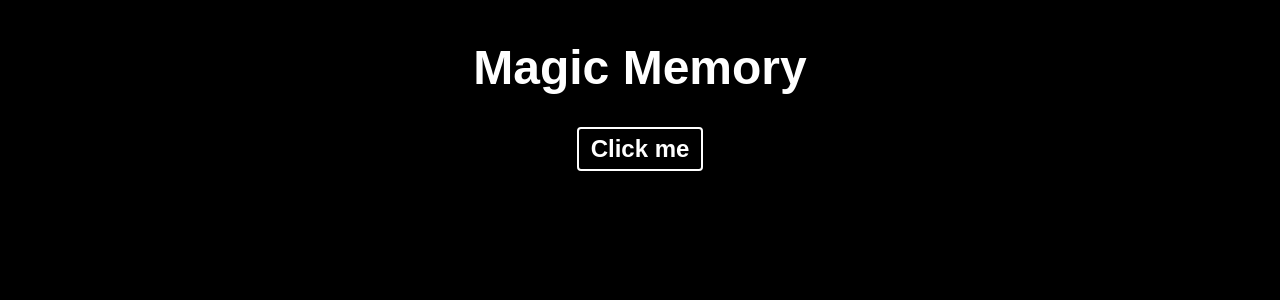
Repository: thai-shriya/memory-game
Page: /
An editor plug-in stored every save of this project. The page is shown before and after the next save, followed by the edit.
The browser window is 1280 px wide. The pictures show the whole page.
The project was rebuilt for these pictures with package versions that can differ from the ones it lists, and the page was loaded fresh each time.

Above is the page before, as saved 2024-10-17 16:18:50.

### src/index.css
body {
  margin: 0;
  font-family: sans-serif;
  font-size: 1.5em;
  text-align: center;
  background-color: black;
  color: #fff;
}

### src/App.js
import './App.css';

function App() {
  return (
    <div className="App">
      <h1>Magic Memory</h1>
      <button> Click me </button>
    </div>
  );
}

export default App;

### src/App.css
.App {
  max-width: 860px;
  margin: 40px auto;
}

button {
  background: none;
  border: 2px solid #fff;
  padding: 6px 12px;
  border-radius: 4px;
  color: #fff;
  font-weight: bold;
  cursor: pointer;
  font-size: 1em;
}

button:hover{
  background: #c23866;
  color: #fff;
}

Loaded but not shown: public/index.html (common file); src/index.js (common file)

After the next save:
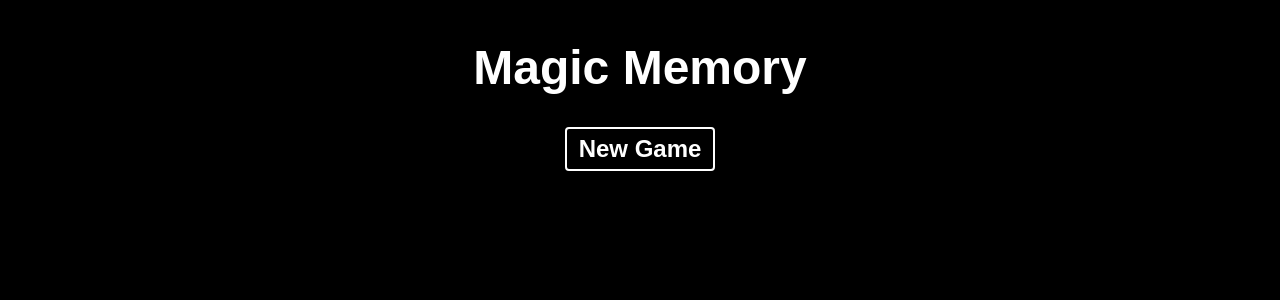
Saved 82 min 57 s later.
--- a/src/App.js
+++ b/src/App.js
@@ -1,10 +1,20 @@
 import './App.css';
+
+const cardImages = [
+  { "src": "/img/helmet-1.png" },
+  { "src": "/img/potion-1.png" },
+  { "src": "/img/ring-1.png" },
+  { "src": "/img/scroll-1.png" },
+  { "src": "/img/shield-1.png" },
+  { "src": "/img/sword-1.png" },
+]
+
 
 function App() {
   return (
     <div className="App">
       <h1>Magic Memory</h1>
-      <button> Click me </button>
+      <button> New Game </button>
     </div>
   );
 }
